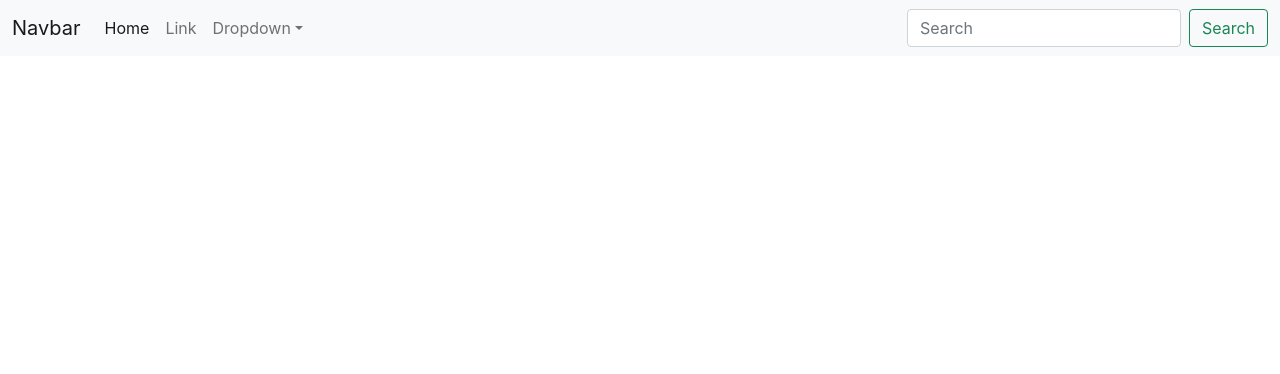
Repository: Ali0548/WebEducatorz-Batch6-7-9-10
Page: / (app in frontend/)
An editor plug-in stored every save of this project. The page is shown before and after the next save, followed by the edit.
The browser window is 1280 px wide. The pictures show the whole page.
The project was rebuilt for these pictures with package versions that can differ from the ones it lists, and the page was loaded fresh each time.

Above is the page before, as saved 2023-11-26 16:29:36.

After the next save:
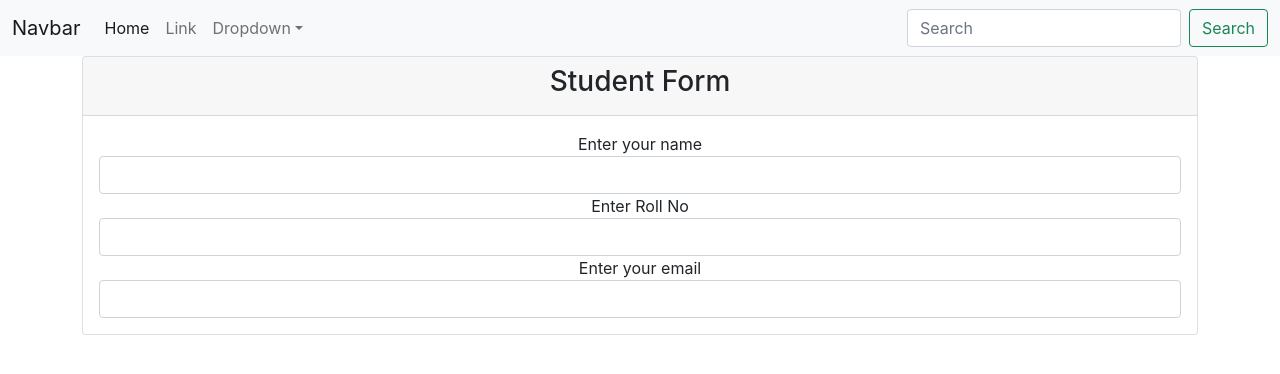
Saved 7 min 48 s later.
--- a/frontend/src/App.js
+++ b/frontend/src/App.js
@@ -4,40 +4,61 @@ import './App.css';
 function App() {
   return (
     <div className="App">
-     <nav className="navbar navbar-expand-lg navbar-light bg-light">
-  <div className="container-fluid">
-    <a className="navbar-brand" href="#">Navbar</a>
-    <button className="navbar-toggler" type="button" data-bs-toggle="collapse" data-bs-target="#navbarSupportedContent" aria-controls="navbarSupportedContent" aria-expanded="false" aria-label="Toggle navigation">
-      <span className="navbar-toggler-icon"></span>
-    </button>
-    <div className="collapse navbar-collapse" id="navbarSupportedContent">
-      <ul className="navbar-nav me-auto mb-2 mb-lg-0">
-        <li className="nav-item">
-          <a className="nav-link active" aria-current="page" href="#">Home</a>
-        </li>
-        <li className="nav-item">
-          <a className="nav-link" href="#">Link</a>
-        </li>
-        <li className="nav-item dropdown">
-          <a className="nav-link dropdown-toggle" href="#" id="navbarDropdown" role="button" data-bs-toggle="dropdown" aria-expanded="false">
-            Dropdown
-          </a>
-          <ul className="dropdown-menu" aria-labelledby="navbarDropdown">
-            <li><a className="dropdown-item" href="#">Action</a></li>
-            <li><a className="dropdown-item" href="#">Another action</a></li>
-            <li><hr className="dropdown-divider" /></li>
-            <li><a className="dropdown-item" href="#">Something else here</a></li>
-          </ul>
-        </li>
+      <nav className="navbar navbar-expand-lg navbar-light bg-light">
+        <div className="container-fluid">
+          <a className="navbar-brand" href="#">Navbar</a>
+          <button className="navbar-toggler" type="button" data-bs-toggle="collapse" data-bs-target="#navbarSupportedContent" aria-controls="navbarSupportedContent" aria-expanded="false" aria-label="Toggle navigation">
+            <span className="navbar-toggler-icon"></span>
+          </button>
+          <div className="collapse navbar-collapse" id="navbarSupportedContent">
+            <ul className="navbar-nav me-auto mb-2 mb-lg-0">
+              <li className="nav-item">
+                <a className="nav-link active" aria-current="page" href="#">Home</a>
+              </li>
+              <li className="nav-item">
+                <a className="nav-link" href="#">Link</a>
+              </li>
+              <li className="nav-item dropdown">
+                <a className="nav-link dropdown-toggle" href="#" id="navbarDropdown" role="button" data-bs-toggle="dropdown" aria-expanded="false">
+                  Dropdown
+                </a>
+                <ul className="dropdown-menu" aria-labelledby="navbarDropdown">
+                  <li><a className="dropdown-item" href="#">Action</a></li>
+                  <li><a className="dropdown-item" href="#">Another action</a></li>
+                  <li><hr className="dropdown-divider" /></li>
+                  <li><a className="dropdown-item" href="#">Something else here</a></li>
+                </ul>
+              </li>
 
-      </ul>
-      <form className="d-flex">
-        <input className="form-control me-2" type="search" placeholder="Search" aria-label="Search" />
-        <button className="btn btn-outline-success" type="submit">Search</button>
-      </form>
-    </div>
-  </div>
-</nav>
+            </ul>
+            <form className="d-flex">
+              <input className="form-control me-2" type="search" placeholder="Search" aria-label="Search" />
+              <button className="btn btn-outline-success" type="submit">Search</button>
+            </form>
+          </div>
+        </div>
+      </nav>
+      <div className="container">
+        <div className="card">
+          <div className="card-header">
+            <h3 className="card-title">Student Form</h3>
+          </div>
+          <div className="card-body">
+            <div className="form-group">
+              <label htmlFor="">Enter your name</label>
+              <input type="text" className="form-control" />
+            </div>
+            <div className="form-group">
+              <label htmlFor="">Enter Roll No</label>
+              <input type="text" className="form-control" />
+            </div>
+            <div className="form-group">
+              <label htmlFor="">Enter your email</label>
+              <input type="text" className="form-control" />
+            </div>
+          </div>
+        </div>
+      </div>
     </div>
   );
 }
